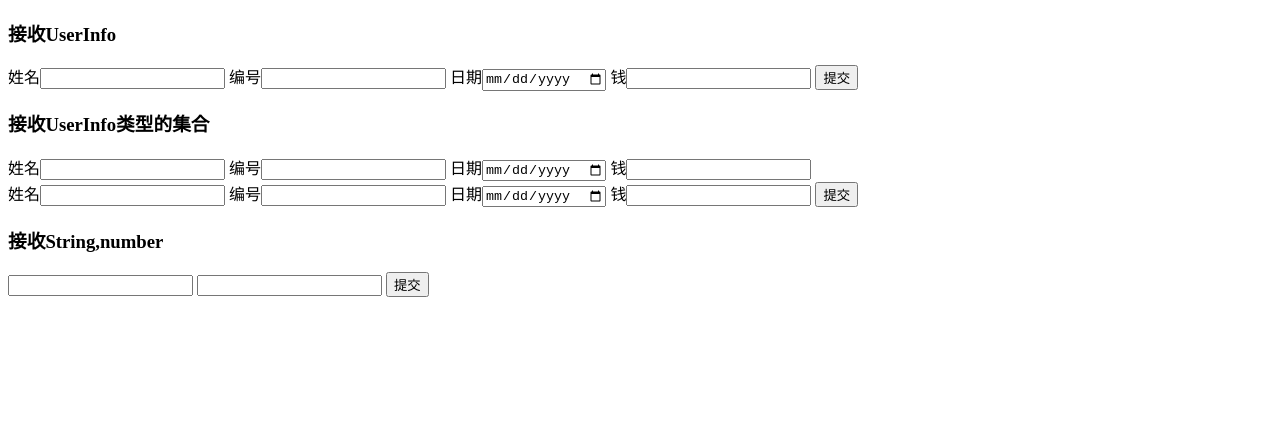
Repository: HelloChuang/HelloChuang-EclipseWorkSpace
Page: http://localhost/SpringMVC_Test/
An editor plug-in stored every save of this project. The page is shown before and after the next save, followed by the edit.
The browser window is 1280 px wide. The pictures show the whole page.
The page is served by Tomcat 9.

Above is the page before, as saved 2018-11-02 15:12:03.

After the next save:
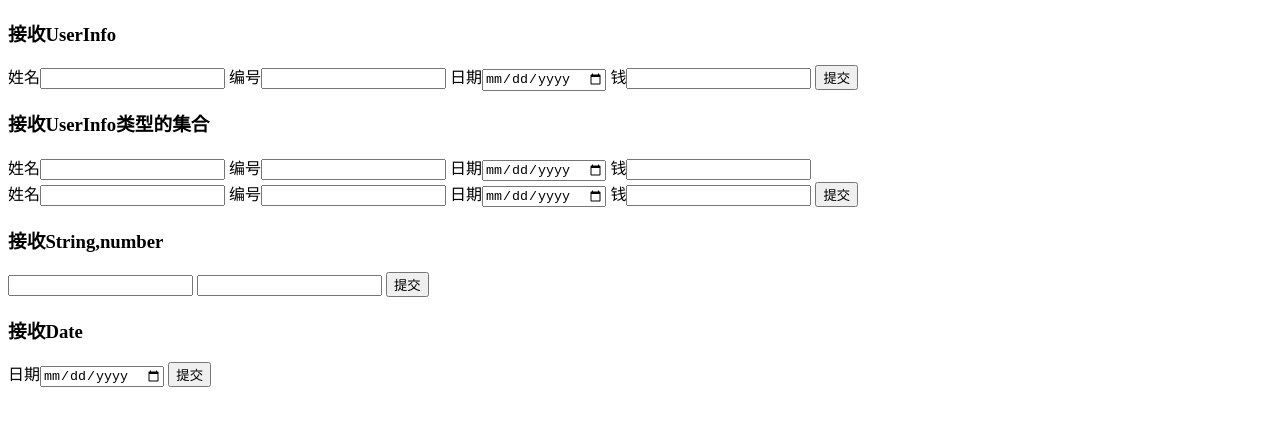
Saved 94 s later.
--- a/EclipseWorkSpace/SpringMVC_Test/src/main/webapp/index.jsp
+++ b/EclipseWorkSpace/SpringMVC_Test/src/main/webapp/index.jsp
@@ -40,6 +40,14 @@
 			<button type="submit">提交</button>
 		</form>
 	</div>
+	<div>
+		<h3>接收Date</h3>
+		<form action="method1" method="post">
+			日期<input type="date" name="udate"/>
+
+			<button type="submit">提交</button>
+		</form>
+	</div>
 
 </body>
 </html>
